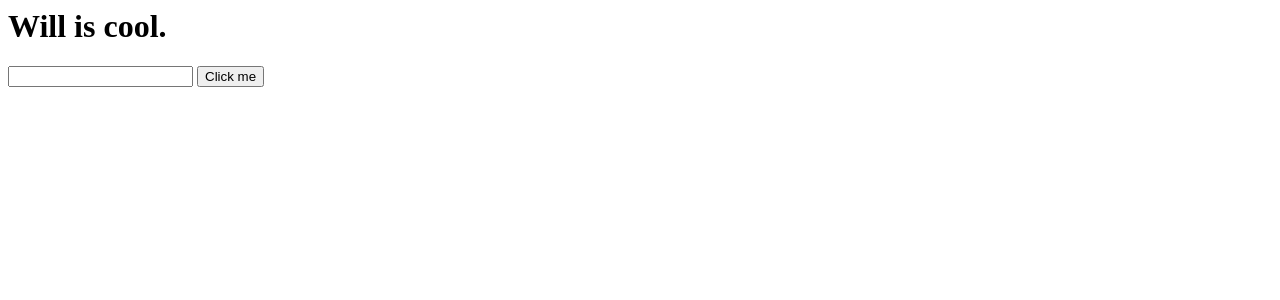
Repository: willclem1/willclem1.github.io
Page: tutorial1.html
The author's editor kept a record of every edit. The page is drawn from the files as they stood at one moment, then again after the next edit.
The browser window is 1280 px wide. The pictures show the whole page.

Above is the page before.

After the next edit:
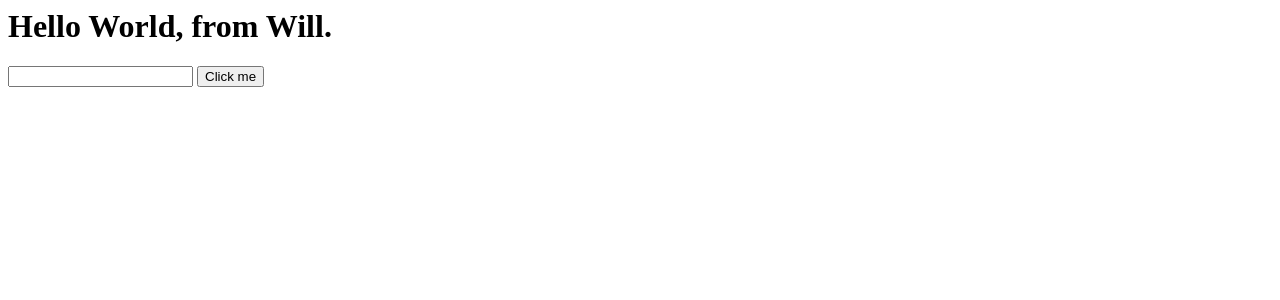
The edit:
--- a/tutorial1.html
+++ b/tutorial1.html
@@ -1,6 +1,6 @@
 <html>
     <body>
-        <h1 id="header">Will is cool.</h1>
+        <h1 id="header">Hello World, from Will.</h1>
         <input type="text" id="inp"/>
         <button onclick="pressed()">Click me</button>
 
